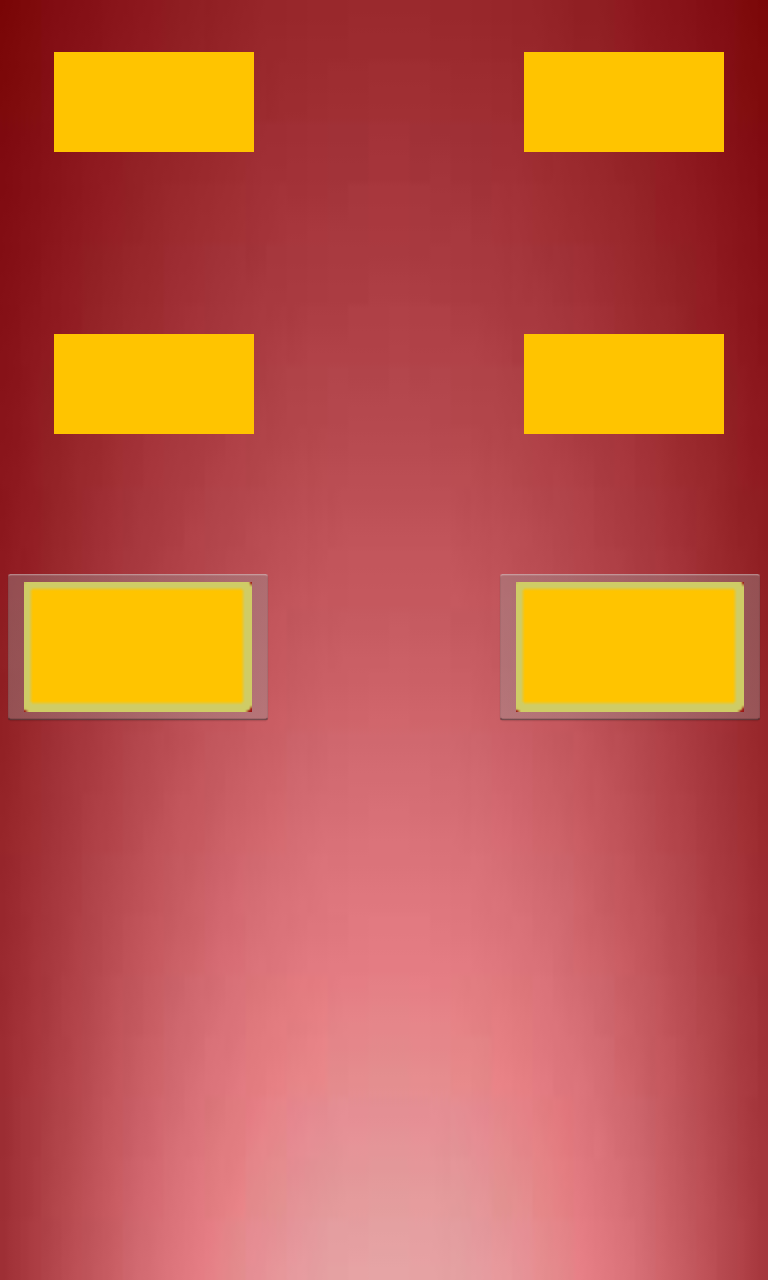
Repository: Ponokefalos/Order-Samos
Layout: Order@Samos/res/layout/activity_main_menu.xml
These files come from the project's save history. The layout is drawn as it stood at one moment and after the next save; the edit follows.
It is drawn on a 768 x 1280 px phone screen (xhdpi) without system bars, with theme AppTheme; the app's code is not run.

Above is the layout before, as saved 2014-01-26 17:57:30.

After the next save:
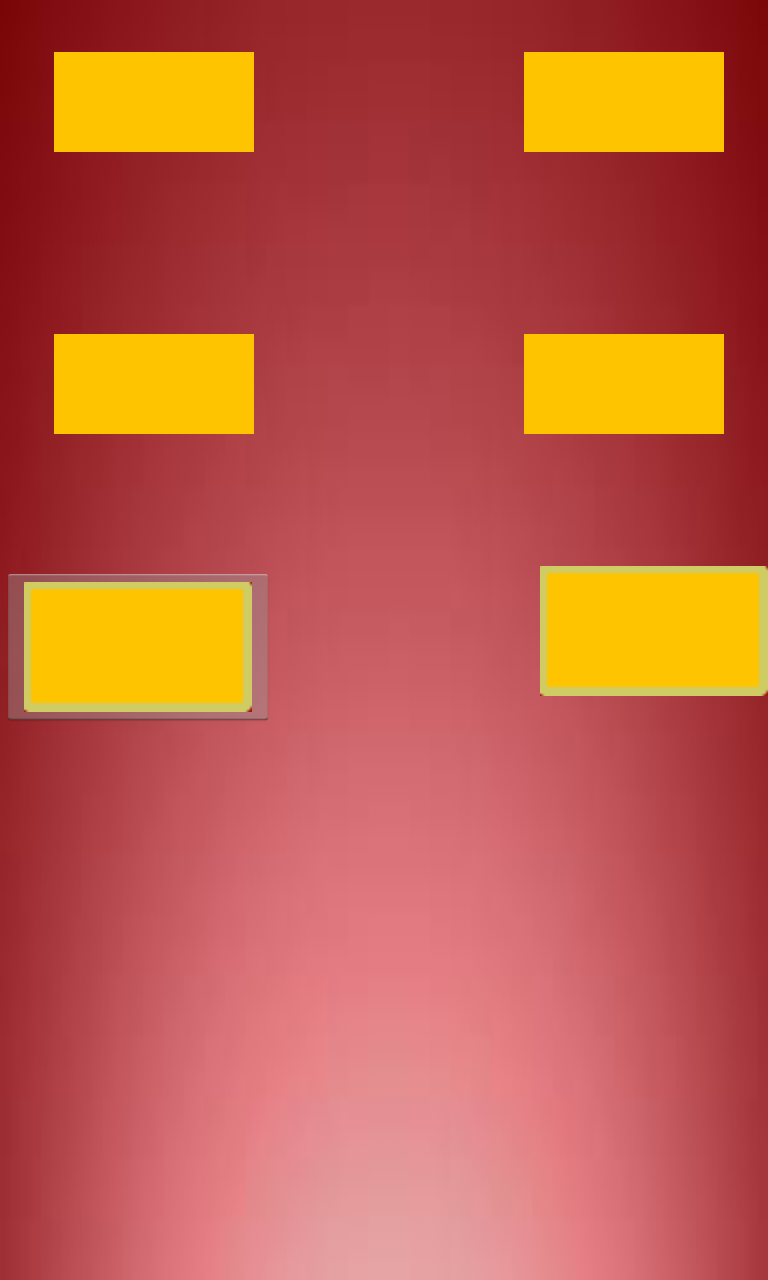
Saved 8 min 59 s later.
--- a/Order@Samos/res/layout/activity_main_menu.xml
+++ b/Order@Samos/res/layout/activity_main_menu.xml
@@ -65,6 +65,7 @@
 
             <ImageButton
                 android:id="@+id/imageButton6"
+                android:background="@null"
                 android:layout_width="wrap_content"
                 android:layout_height="wrap_content"
                 android:layout_alignParentRight="true"
